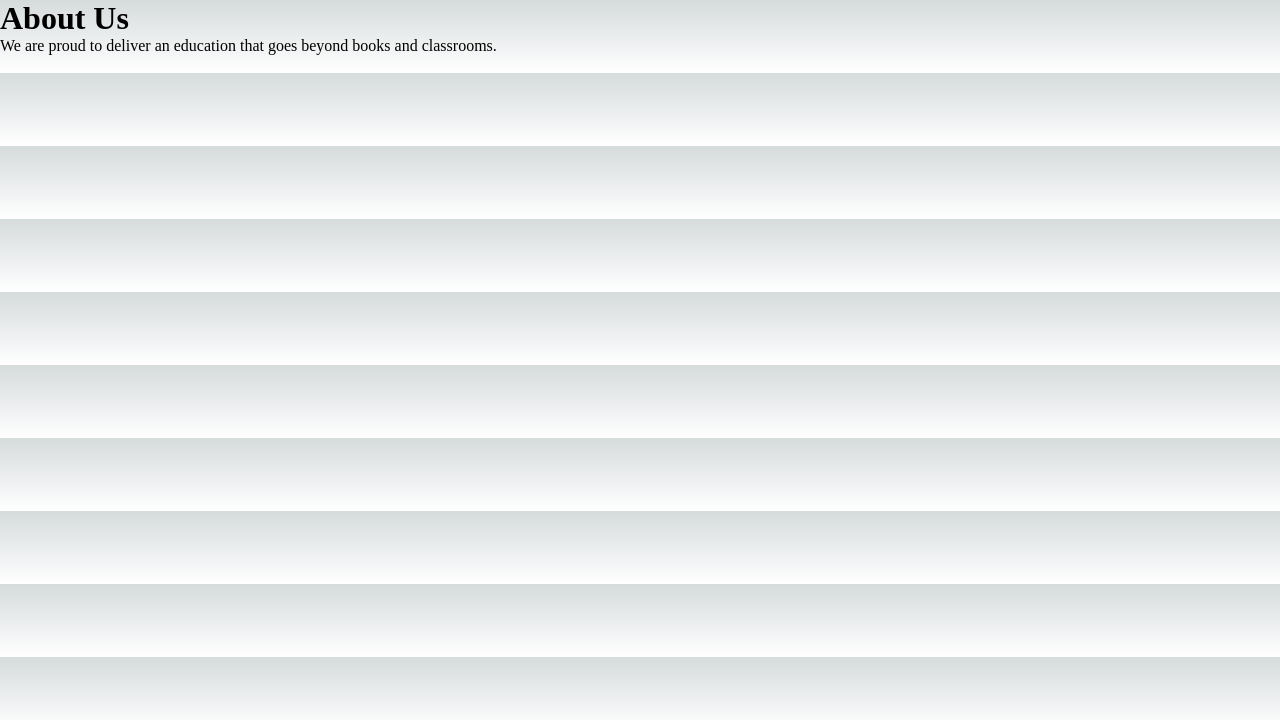
Repository: jennydmcm/assignment-1-playwright-site-A01338943
Page: /about
An editor plug-in stored every save of this project. The page is shown before and after the next save, followed by the edit.
The browser window is 1280 px wide. The pictures show the whole page.
The project was rebuilt for these pictures with package versions that can differ from the ones it lists, and the page was loaded fresh each time. The framework's server and built-in components were replaced by stand-ins that run in the browser. Also part of the build but not shown: next.config.js, styles/About.module.css.

Above is the page before, as saved 2023-02-03 15:58:49.

After the next save:
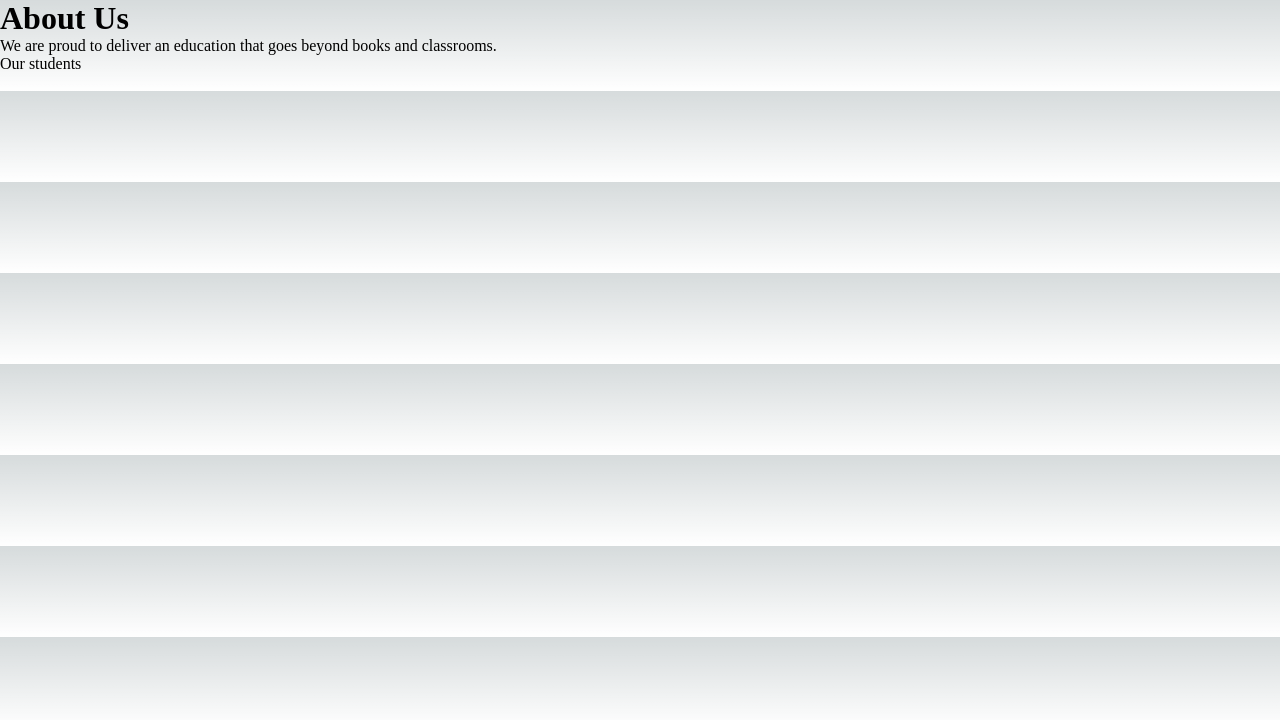
Saved 7 s later.
--- a/pages/about.js
+++ b/pages/about.js
@@ -25,7 +25,7 @@ export default function Home() {
           </div>
           <div>
             <p>We are proud to deliver an education that goes beyond books and classrooms.</p>
-            <p></p>
+            <p>Our students</p>
             <p></p>
             <p></p>
             <p></p>
